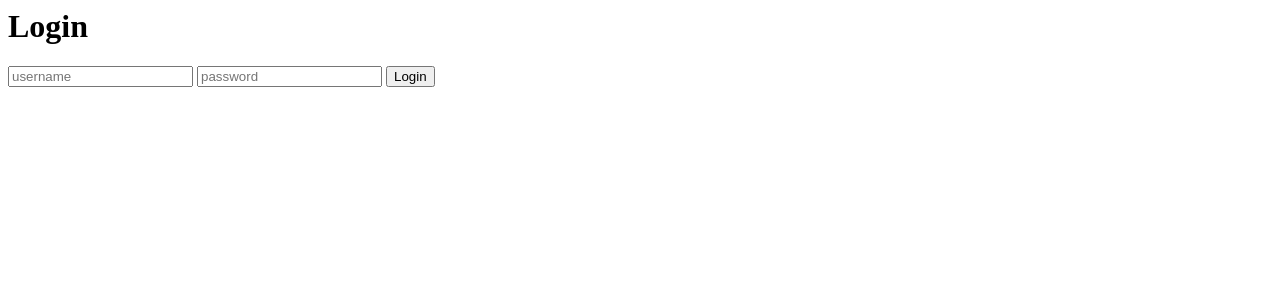
Repository: Oscar6/Udemy-workspace
Page: http://localhost/login
The author's editor kept a record of every edit. The page is drawn from the files as they stood at one moment, then again after a run of edits.
The browser window is 1280 px wide. The pictures show the whole page.
The page is served by the project's Node server (YelpCamp/v6/app.js). Other server files are loaded and not shown.

Above is the page before.

### YelpCamp/v6/views/login.ejs
<h1>Login</h1>

<form>
    <input type="text" name="username" placeholder="username">
    <input type="password" name="password" placeholder="password">
    <input type="submit" value="Login">
</form>

### YelpCamp/v6/app.js
var express     = require("express"),
    app         = express(),
    bodyParser  = require("body-parser"),
    mongoose    = require("mongoose"),
    passport    = require("passport"),
    LocalStrategy = require("passport-local"),
    Launchsite  = require("./models/launchsite"),
    Comment     = require("./models/comment"),
    User        = require("./models/user"),
    seedDB      = require("./seeds")

mongoose.connect("mongodb://localhost/yelp_camp");
app.use(bodyParser.urlencoded({extended: true}));
app.set("view engine", "ejs");
app.use(express.static(__dirname + "/public"));
seedDB();

// PASSPORT CONFIGURATION
app.use(require("express-session")({
   secret: "Olive is the best dog",
   resave: false,
   saveUninitialized: false
}));
app.use(passport.initialize());
app.use(passport.session());
passport.use(new LocalStrategy(User.authenticate()));
passport.serializeUser(User.serializeUser());
passport.deserializeUser(User.deserializeUser());


app.get("/", function(req, res){
    res.render("landing");
});

//INDEX - show all launchsites
app.get("/launchsites", function(req, res){
    //Get all launchsites from DB
    Launchsite.find({}, function(err, allLaunchsites){
        if(err){
            console.log(err);
        } else {
          res.render("launchsites/index", {launchsites:allLaunchsites});
        }
    });
});

//CREATE - add new launchsite to DataBase
app.post("/launchsites", function(req, res){
    // get data from form and add to launchsite array
    var name = req.body.name;
    var image = req.body.image;
    var desc = req.body.description;
    var newLaunchsite = {name: name, image: image, description: desc}
    //Create a new launchsite and save to DB
    Launchsite.create(newLaunchsite, function(err, newlyCreated){
        if(err){
            console.log(err);
        } else {
            // redirect back to launchsite page
            res.redirect("/launchsites");
        }
    });
});

//NEW - show form to create new launchsite
app.get("/launchsites/new", function(req,res){
    res.render("launchsites/new");
});

// SHOW - shows more info about one launchsite
app.get("/launchsites/:id", function(req, res){
    //find the launchsite with provided ID
    Launchsite.findById(req.params.id).populate("comments").exec(function(err, foundLaunchsite){
        if(err){
            console.log(err);
        } else {
            console.log(foundLaunchsite);
            //render show template with that launchsite
            res.render("launchsites/show", {launchsite: foundLaunchsite});
        }
    });
});


// ===============
// COMMENTS ROUTES
// ===============

app.get("/launchsites/:id/comments/new", function(req, res){
    // find launchsite by is
        Launchsite.findById(req.params.id, function(err, launchsite){
            if(err){
                console.log(err);
            } else {
                res.render("comments/new", {launchsite: launchsite});
            }
        })
});

app.post("/launchsites/:id/comments", function(req, res){
    //lookup launchsite using ID
    Launchsite.findById(req.params.id, function(err, launchsite){
        if(err){
            console.log(err);
            res.redirect("/launchsites");
        } else {
        Comment.create(req.body.comment, function(err, comment){
            if(err){
                console.log(err);
            } else {
                launchsite.comments.push(comment);
                launchsite.save();
                res.redirect('/launchsites/' + launchsite._id);
            }
        });
        }
    });
    //create new comment
    //connect new comment to launchsite
    //redirect launchsite show page
});

// =========
// AUTH ROUTES
// =========

// show register form
app.get("/register", function(req, res){
    res.render("register");
});

//handle sign up logic
app.post("/register", function(req, res){
    var newUser = new User({username: req.body.username});
    User.register(newUser, req.body.password, function(err, user){
        if(err){
            console.log(err);
            return res.render("register");
        }
        passport.authenticate("local")(req, res, function(){
            res.redirect("/launchsites");
        });
    });
});

// show login form
app.get("/login", function(req, res){
    res.render("login");
});

// handling login logic
app.post("/login", passport.authenticate("local",
    {
        successRedirect: "/launchsites",
        failureRedirect: "/login",
    }), function(req, res){
});

// logic route
app.get("/logout", function(req, res){
    req.logout();
    res.redirect("/launchsites");
});

function isLoggedIn(req, res, next){
    if(req.isAuthenticated()){
        return next();
    }
    res.redirect("/login");
}

app.listen(process.env.PORT, process.env.IP, function(){
    console.log("YelpCamp is running");
});

### YelpCamp/v6/views/partials/header.ejs
<!DOCTYPE html>
<html>
    <head>
        <title>YelpCamp</title>
        <link rel="stylesheet" href="https://maxcdn.bootstrapcdn.com/bootstrap/3.3.5/css/bootstrap.min.css">
        <link rel="stylesheet" href="/stylesheets/main.css">
    </head>
    <body>
       <nav class="navbar navbar-default">
          <div class="container-fluid">
             <div class="navbar-header">
                <a class="navbar-brand" href="/">LaunchSite</a>
             </div>
             <div class="collapse navbar-collapse">
                <ul class="nav navbar-nav navbar-right">
                   <li><a href="/login">Login</a></li>
                   <li><a href="/register">Sign Up</a></li>
                   <li><a href="/logout">Logout</a></li>
                </ul>
             </div>
          </div>
       </nav>

Loaded but not shown: YelpCamp/v6/views/partials/footer.ejs (common file); YelpCamp/v6/public/stylesheets/main.css (common file)

After the next 4 edits:
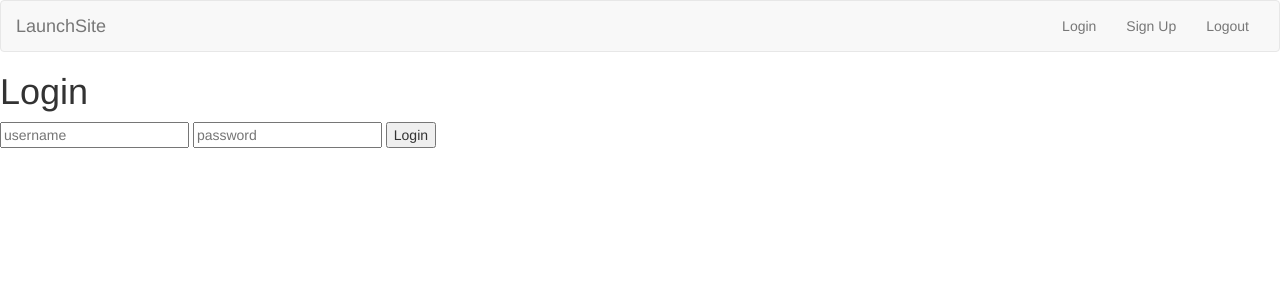
The 4 edits are shown as one change because 3 did not build or start.
The edit:
--- a/YelpCamp/v6/views/login.ejs
+++ b/YelpCamp/v6/views/login.ejs
@@ -1,7 +1,11 @@
+<% include ./partials/header %>
+
 <h1>Login</h1>
 
-<form>
+<form action="/login" method="POST">
     <input type="text" name="username" placeholder="username">
     <input type="password" name="password" placeholder="password">
     <input type="submit" value="Login">
 </form>
+
+<% include ./partials/footer %>
